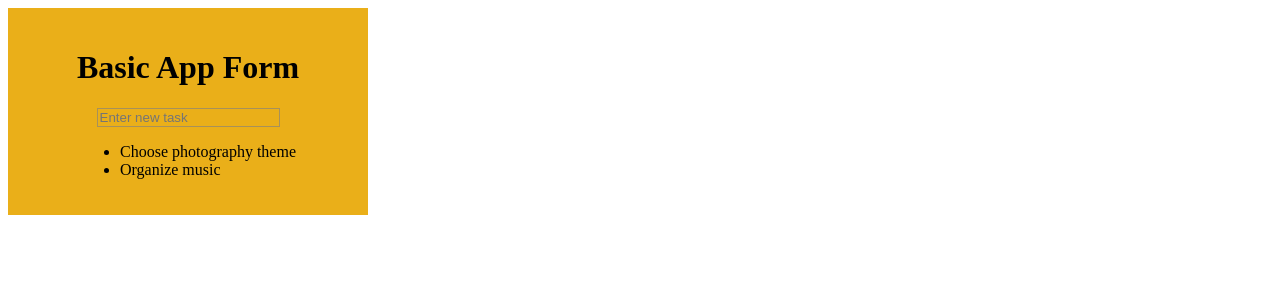
Repository: Kayla-amr/dgm_3760
Page: todoTemplate-W2/index.html
An editor plug-in stored every save of this project. The page is shown before and after the next save, followed by the edit.
The browser window is 1280 px wide. The pictures show the whole page.

Above is the page before, as saved 2022-10-17 10:54:04.

After the next save:
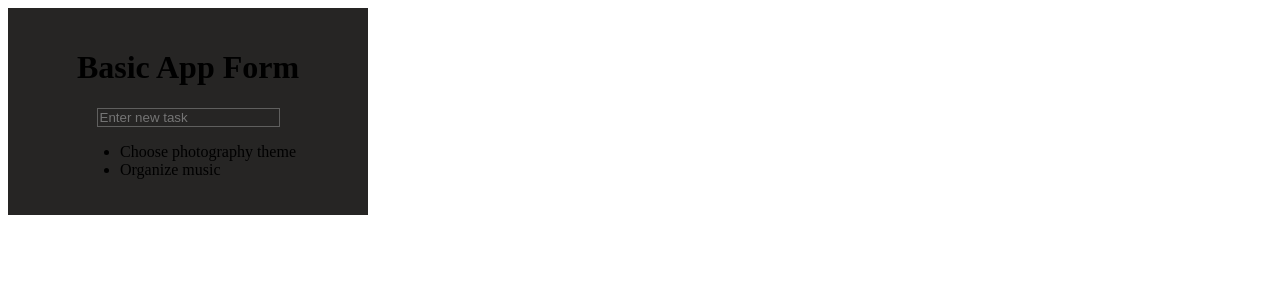
Saved 11 s later.
--- a/todoTemplate-W2/styles.css
+++ b/todoTemplate-W2/styles.css
@@ -1,5 +1,5 @@
 .taskForm{
-    background-color: #eaaf19;
+    background-color: #262524;
     padding: 20px;
     width: 20rem;
     display: flex;
